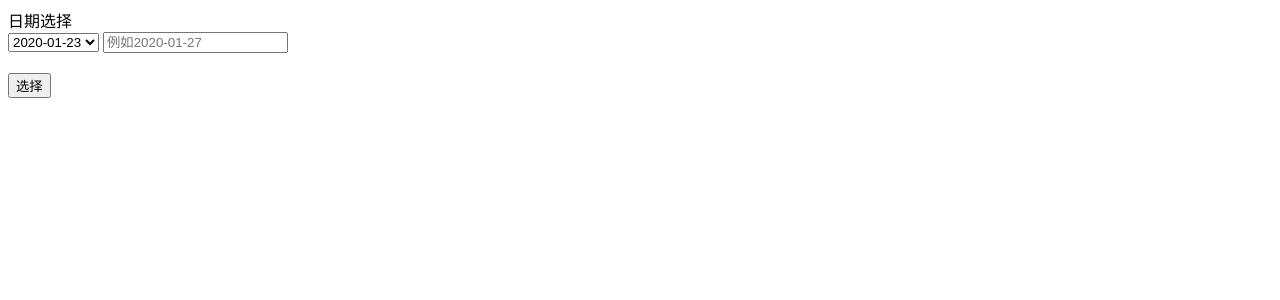
Repository: yz990219/InfectStatisticWeb
Page: http://localhost/MyInfectStatisticWeb/dateChoose.jsp
The author's editor kept a copy of each file at every save. The page is drawn from the files as they stood at one save, then again after the next save.
The browser window is 1280 px wide. The pictures show the whole page.
The page is served by Tomcat 9.

Above is the page before, as saved 2020-03-12 11:06:43.

After the next save:
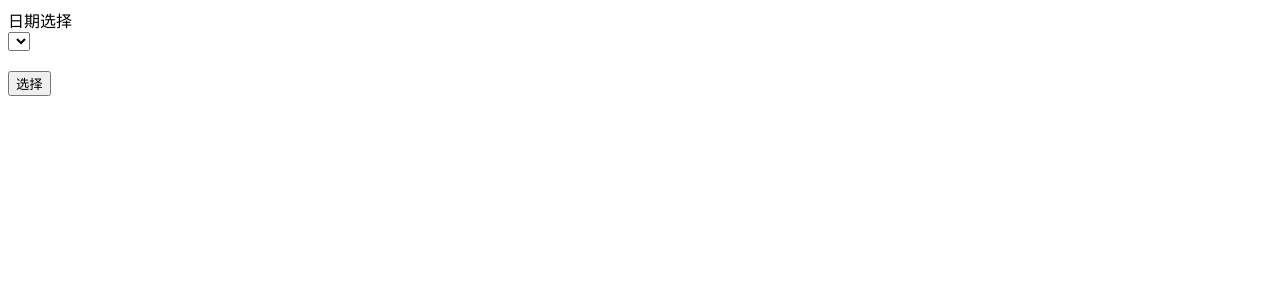
Saved 5 min 11 s later.
--- a/MyInfectStatisticWeb/WebContent/dateChoose.jsp
+++ b/MyInfectStatisticWeb/WebContent/dateChoose.jsp
@@ -12,18 +12,28 @@
 <body>
 	<form class="loginForm" action="index.jsp" method="post">
 		<%
-		ArrayList<String> filename_list = new ArrayList<String>();
-		String []temp;
-		String path ="D:\\InfectStatistic-main\\221701430\\log\\";
-		File name = new File(path);
-		temp = name.list();
+			ArrayList<String> fileNameList = new ArrayList<String>();
+			String[] temp;
+			String path = "D:\\InfectStatistic-main\\221701430\\log\\";
+			File name = new File(path);
+			temp = name.list();
+			if (name.isDirectory()) {
+				for (int i = 0; i < temp.length; i++) {
+					fileNameList.add(temp[i]);
+				}
+			}
 		%>
 		<div>日期选择</div>
 		<div>
-			<select name="cars">
-				<option value="2020-01-23">2020-01-23</option>
-				<option value="2020-01-27">2020-01-27</option>
-			</select> <input id="date" name="date" placeholder="例如2020-01-27" type="">
+			<select name="date">
+				<%
+					for (int i = 0; i < fileNameList.size(); i++) {
+				%>
+				<option value="<%=fileNameList.get(i)%>"><%=fileNameList.get(i)%></option>
+				<%
+					}
+				%>
+			</select>
 		</div>
 		<div style="margin-top: 20px">
 			<button type="submit">选择</button>
